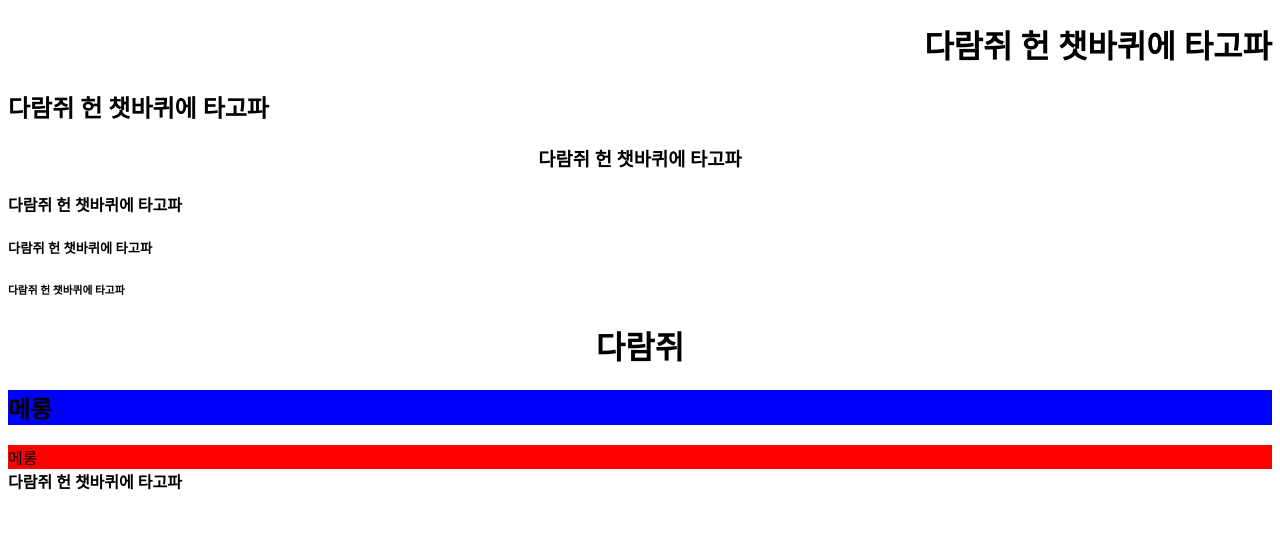
Repository: park-cheonho/Polytech_HTML
Page: web-workspace/Lecture-WEB/WebContent/html/exam06.html
These files come from the project's save history. The page is drawn as it stood at one moment and after the next save; the edit follows.
The browser window is 1280 px wide. The pictures show the whole page.

Above is the page before, as saved 2020-06-16 15:01:22.

After the next save:
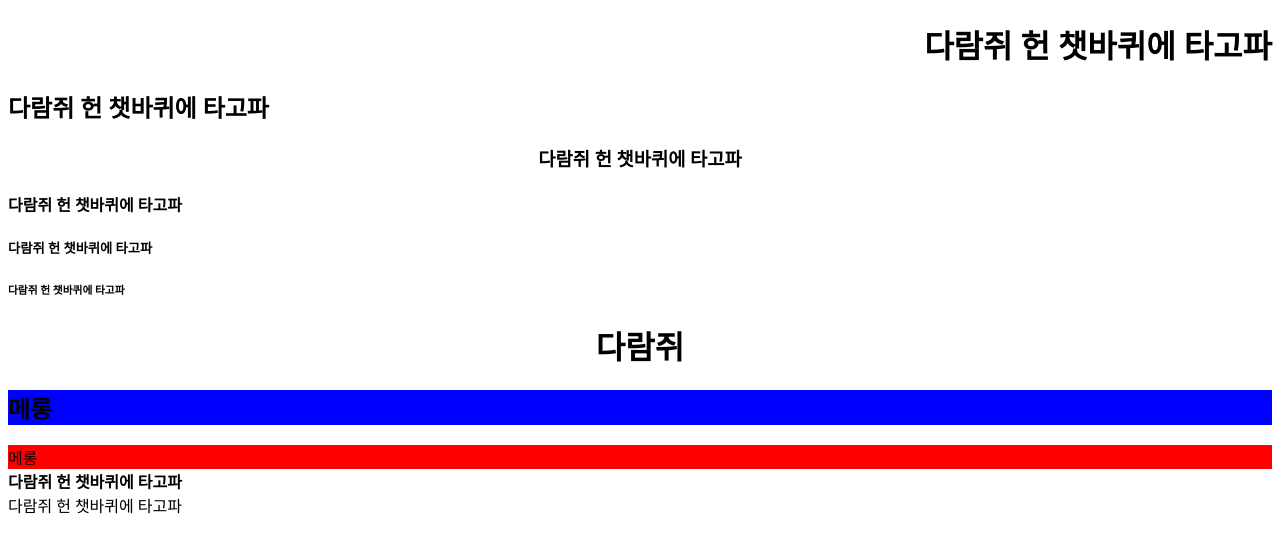
Saved 11 s later.
--- a/web-workspace/Lecture-WEB/WebContent/html/exam06.html
+++ b/web-workspace/Lecture-WEB/WebContent/html/exam06.html
@@ -16,6 +16,6 @@
 	<div style = "background-color:red">메롱</div>
 	<div style="background-color:blue"></div>
 	<div style="font-weight : bold;"> 다람쥐 헌 챗바퀴에 타고파 </div>
-
+	<div style="font-weight : ;"> 다람쥐 헌 챗바퀴에 타고파 </div>
 </body>
 </html>
